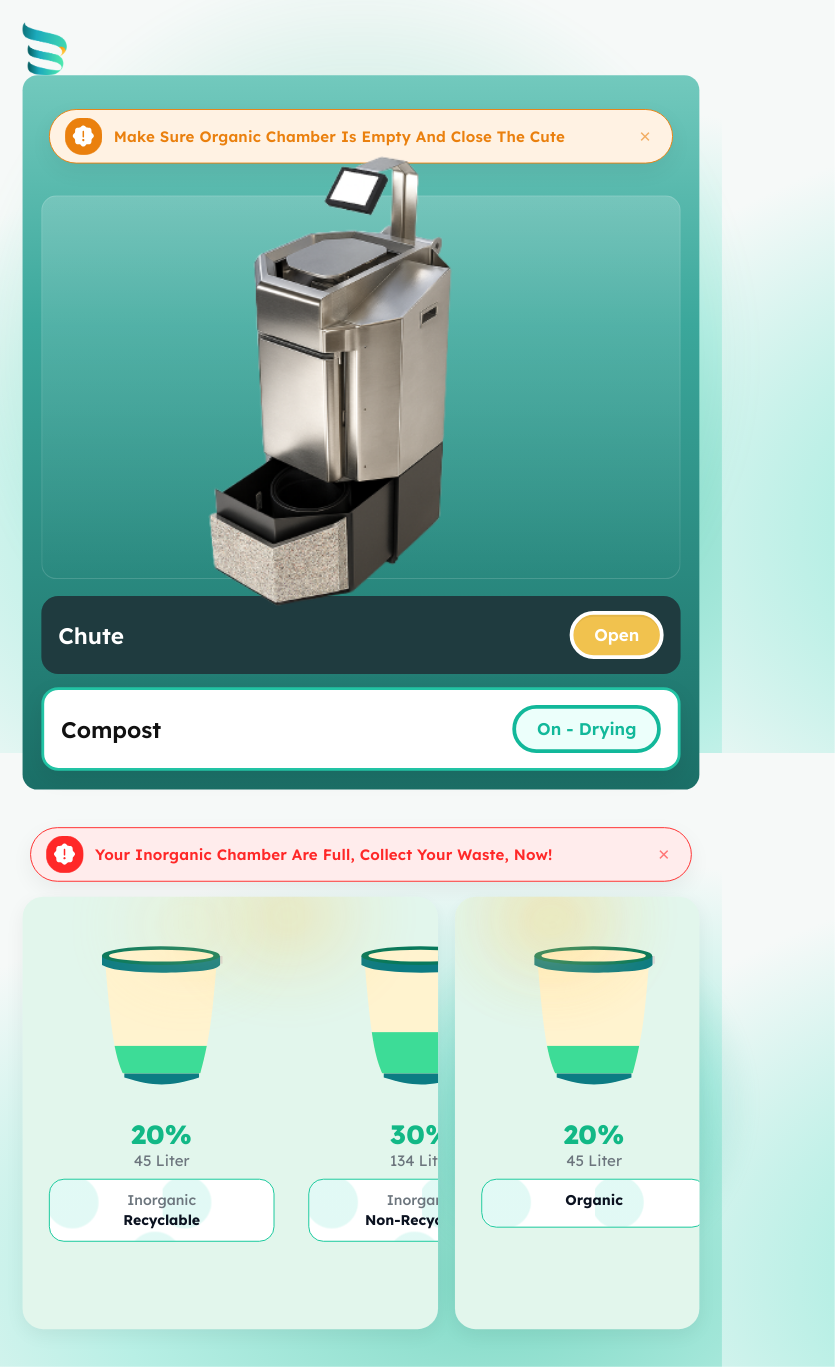
Repository: william-saputra/nusabin
Page: pages/homepage.html
The author's editor kept a copy of each file at every save. The page is drawn from the files as they stood at one save, then again after the next save.
The browser window is 768 px wide. The page is 888 px wide, so the pictures cover 888 px, including what lies to the right of the window. The pictures show the whole page, at 94% of full size.
Backgrounds fixed to the window are drawn as part of the page.

Above is the page before, as saved 2025-08-13 10:10:42.

After the next save:
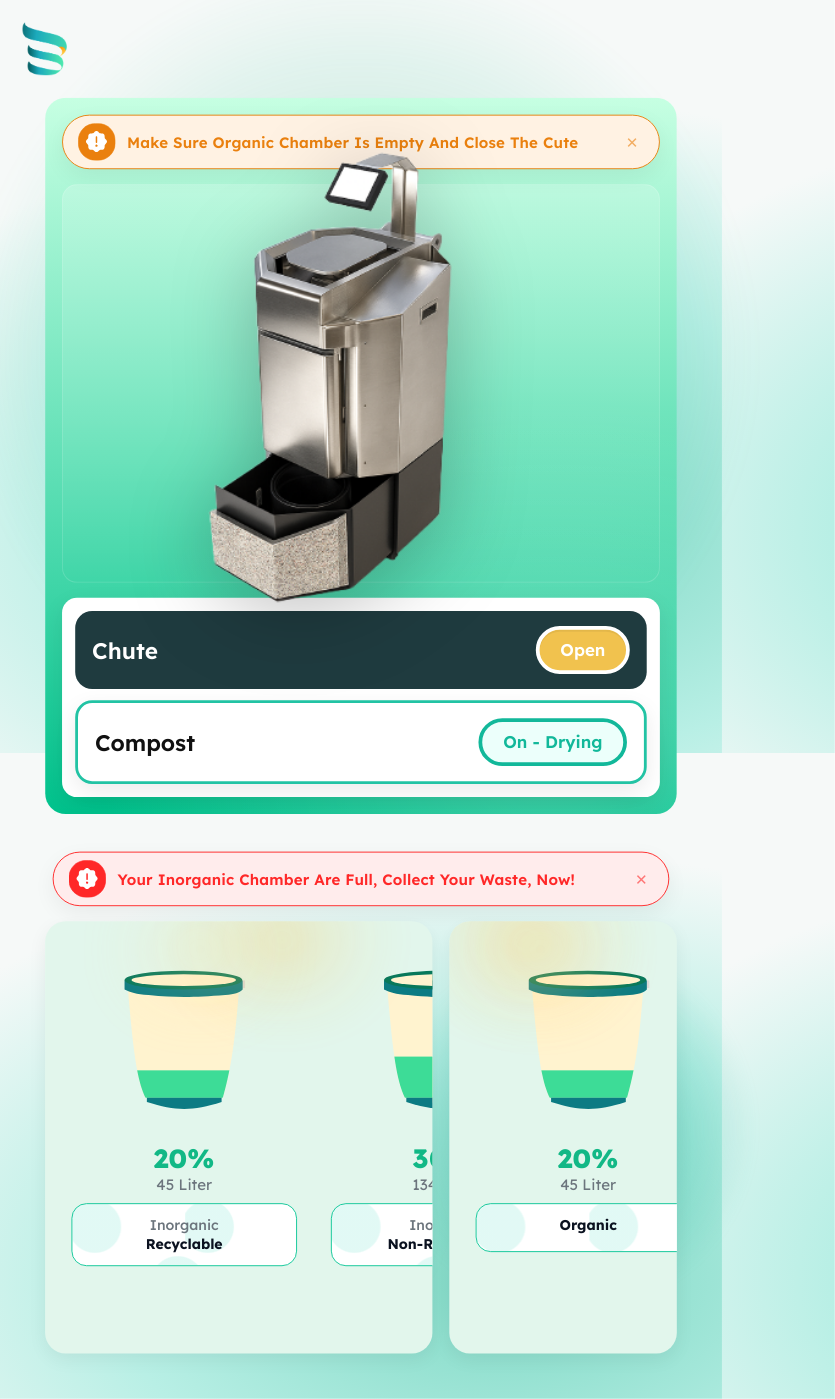
Saved 4 min 13 s later.
--- a/styles/pages/homepage.css
+++ b/styles/pages/homepage.css
@@ -1,4 +1,8 @@
-/* Page-specific fine-tuning for Homepage */
+/* =========================
+   HOMEPAGE PAGE-SPECIFIC STYLES
+   ========================= */
+
+/* Buckets cards background */
 .homepage .card-buckets { background: #E2F6EC; }
 .homepage .card-bucket-single { background: #E2F6EC; }
 
@@ -12,11 +16,116 @@
 }
 
 /* bottom-left half-circle glow decoration using SVG */
-.page-left-glow{position:fixed;left:-70px;bottom:-500px;width:800px;height:10000px;background:url('../../assets/icons/glow.svg') no-repeat left bottom/contain;pointer-events:none;z-index:-1}
+.page-left-glow {
+  position: fixed;
+  left: -70px;
+  bottom: -500px;
+  width: 800px;
+  height: 10000px;
+  background: url('../../assets/icons/glow.svg') no-repeat left bottom/contain;
+  pointer-events: none;
+  z-index: -1;
+}
 
 /* Match action cards typography and icon scale (if used on homepage cards) */
-.card-left .label{display:inline-block;background:rgba(11,174,155,.6);color:#fff;padding:7px 12px;border-radius:24px;font-weight:600;font-size:13.5px}
-.heading{margin:8px 0 0;color:#fff;font-weight:800;font-size:34px;line-height:1.08;text-shadow:0 1px 2px rgba(0,0,0,.15)}
-.card-right .icon-box{width:116px;height:116px;border-radius:18px;background:rgba(255,255,255,.08);display:grid;place-items:center;border:3px solid rgba(255,255,255,.95)}
-.card-right img{max-width:88%;max-height:88%;object-fit:contain}
-.cta{margin-top:28px}
+.card-left .label {
+  display: inline-block;
+  background: rgba(11,174,155,.6);
+  color: #fff;
+  padding: 7px 12px;
+  border-radius: 24px;
+  font-weight: 600;
+  font-size: 13.5px;
+}
+.heading {
+  margin: 8px 0 0;
+  color: #fff;
+  font-weight: 800;
+  font-size: 34px;
+  line-height: 1.08;
+  text-shadow: 0 1px 2px rgba(0,0,0,.15);
+}
+.card-right .icon-box {
+  width: 116px;
+  height: 116px;
+  border-radius: 18px;
+  background: rgba(255,255,255,.08);
+  display: grid;
+  place-items: center;
+  border: 3px solid rgba(255,255,255,.95);
+}
+.card-right img {
+  max-width: 88%;
+  max-height: 88%;
+  object-fit: contain;
+}
+.cta { margin-top: 28px; }
+
+/* =========================
+   NEW LAYOUT & RIGHT PANEL
+   ========================= */
+
+:root {
+  --radius: 22px;
+  --right-w: 430px;   /* lebar kolom kanan */
+  --topbar-h: 72px;   /* tinggi header kira-kira */
+}
+
+/* 2 kolom layout */
+.layout {
+  display: grid;
+  grid-template-columns: 1fr var(--right-w);
+  gap: 24px;
+  align-items: stretch;
+  padding: 24px;
+  min-height: calc(100vh - var(--topbar-h));
+}
+
+/* Panel kanan full height gradient */
+.right-panel {
+  position: relative;
+  overflow: hidden;
+  padding: 18px;
+  border-radius: var(--radius) 0 0 var(--radius);
+  display: flex;
+  flex-direction: column;
+  gap: 16px;
+
+  /* gradient background penuh */
+  background:
+    radial-gradient(120% 80% at 80% 90%, rgba(255,255,255,.25) 0%, transparent 60%),
+    linear-gradient(180deg, #C6FFE2 0%, #00C28C 100%);
+  min-height: 100%;
+}
+
+/* Alert di kanan nempel atas */
+.right-panel .alerts { margin: 0; }
+
+/* Gambar mesin di tengah & elastis */
+.machine-wrapper {
+  flex: 1;
+  display: grid;
+  place-items: center;
+  padding: 8px 0;
+}
+.machine {
+  max-width: 100%;
+  height: auto;
+  filter: drop-shadow(0 12px 32px rgba(0,0,0,.25));
+}
+
+/* Kotak kontrol bawah tetap putih */
+.right-panel .status-panel {
+  background: #fff;
+  border-radius: calc(var(--radius) - 6px);
+  box-shadow: 0 8px 24px rgba(0,0,0,.08);
+  padding: 14px;
+  display: grid;
+  gap: 12px;
+}
+
+/* Responsif */
+@media (max-width: 860px) {
+  .layout { grid-template-columns: 1fr; }
+  .right-panel { border-radius: var(--radius); }
+}

After the save that followed:
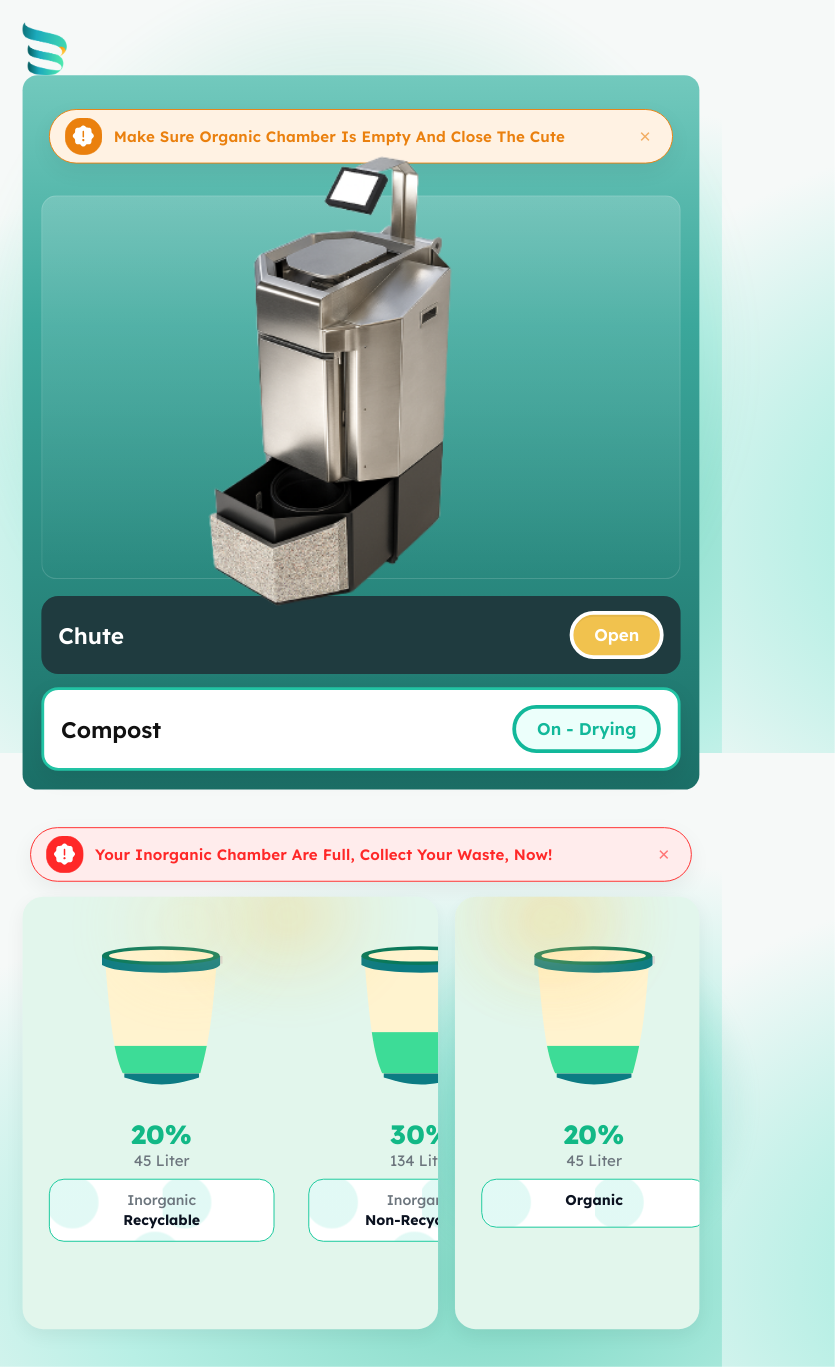
Saved 25 s later.
--- a/styles/pages/homepage.css
+++ b/styles/pages/homepage.css
@@ -1,8 +1,4 @@
-/* =========================
-   HOMEPAGE PAGE-SPECIFIC STYLES
-   ========================= */
-
-/* Buckets cards background */
+/* Page-specific fine-tuning for Homepage */
 .homepage .card-buckets { background: #E2F6EC; }
 .homepage .card-bucket-single { background: #E2F6EC; }
 
@@ -16,116 +12,11 @@
 }
 
 /* bottom-left half-circle glow decoration using SVG */
-.page-left-glow {
-  position: fixed;
-  left: -70px;
-  bottom: -500px;
-  width: 800px;
-  height: 10000px;
-  background: url('../../assets/icons/glow.svg') no-repeat left bottom/contain;
-  pointer-events: none;
-  z-index: -1;
-}
+.page-left-glow{position:fixed;left:-70px;bottom:-500px;width:800px;height:10000px;background:url('../../assets/icons/glow.svg') no-repeat left bottom/contain;pointer-events:none;z-index:-1}
 
 /* Match action cards typography and icon scale (if used on homepage cards) */
-.card-left .label {
-  display: inline-block;
-  background: rgba(11,174,155,.6);
-  color: #fff;
-  padding: 7px 12px;
-  border-radius: 24px;
-  font-weight: 600;
-  font-size: 13.5px;
-}
-.heading {
-  margin: 8px 0 0;
-  color: #fff;
-  font-weight: 800;
-  font-size: 34px;
-  line-height: 1.08;
-  text-shadow: 0 1px 2px rgba(0,0,0,.15);
-}
-.card-right .icon-box {
-  width: 116px;
-  height: 116px;
-  border-radius: 18px;
-  background: rgba(255,255,255,.08);
-  display: grid;
-  place-items: center;
-  border: 3px solid rgba(255,255,255,.95);
-}
-.card-right img {
-  max-width: 88%;
-  max-height: 88%;
-  object-fit: contain;
-}
-.cta { margin-top: 28px; }
-
-/* =========================
-   NEW LAYOUT & RIGHT PANEL
-   ========================= */
-
-:root {
-  --radius: 22px;
-  --right-w: 430px;   /* lebar kolom kanan */
-  --topbar-h: 72px;   /* tinggi header kira-kira */
-}
-
-/* 2 kolom layout */
-.layout {
-  display: grid;
-  grid-template-columns: 1fr var(--right-w);
-  gap: 24px;
-  align-items: stretch;
-  padding: 24px;
-  min-height: calc(100vh - var(--topbar-h));
-}
-
-/* Panel kanan full height gradient */
-.right-panel {
-  position: relative;
-  overflow: hidden;
-  padding: 18px;
-  border-radius: var(--radius) 0 0 var(--radius);
-  display: flex;
-  flex-direction: column;
-  gap: 16px;
-
-  /* gradient background penuh */
-  background:
-    radial-gradient(120% 80% at 80% 90%, rgba(255,255,255,.25) 0%, transparent 60%),
-    linear-gradient(180deg, #C6FFE2 0%, #00C28C 100%);
-  min-height: 100%;
-}
-
-/* Alert di kanan nempel atas */
-.right-panel .alerts { margin: 0; }
-
-/* Gambar mesin di tengah & elastis */
-.machine-wrapper {
-  flex: 1;
-  display: grid;
-  place-items: center;
-  padding: 8px 0;
-}
-.machine {
-  max-width: 100%;
-  height: auto;
-  filter: drop-shadow(0 12px 32px rgba(0,0,0,.25));
-}
-
-/* Kotak kontrol bawah tetap putih */
-.right-panel .status-panel {
-  background: #fff;
-  border-radius: calc(var(--radius) - 6px);
-  box-shadow: 0 8px 24px rgba(0,0,0,.08);
-  padding: 14px;
-  display: grid;
-  gap: 12px;
-}
-
-/* Responsif */
-@media (max-width: 860px) {
-  .layout { grid-template-columns: 1fr; }
-  .right-panel { border-radius: var(--radius); }
-}
+.card-left .label{display:inline-block;background:rgba(11,174,155,.6);color:#fff;padding:7px 12px;border-radius:24px;font-weight:600;font-size:13.5px}
+.heading{margin:8px 0 0;color:#fff;font-weight:800;font-size:34px;line-height:1.08;text-shadow:0 1px 2px rgba(0,0,0,.15)}
+.card-right .icon-box{width:116px;height:116px;border-radius:18px;background:rgba(255,255,255,.08);display:grid;place-items:center;border:3px solid rgba(255,255,255,.95)}
+.card-right img{max-width:88%;max-height:88%;object-fit:contain}
+.cta{margin-top:28px}
